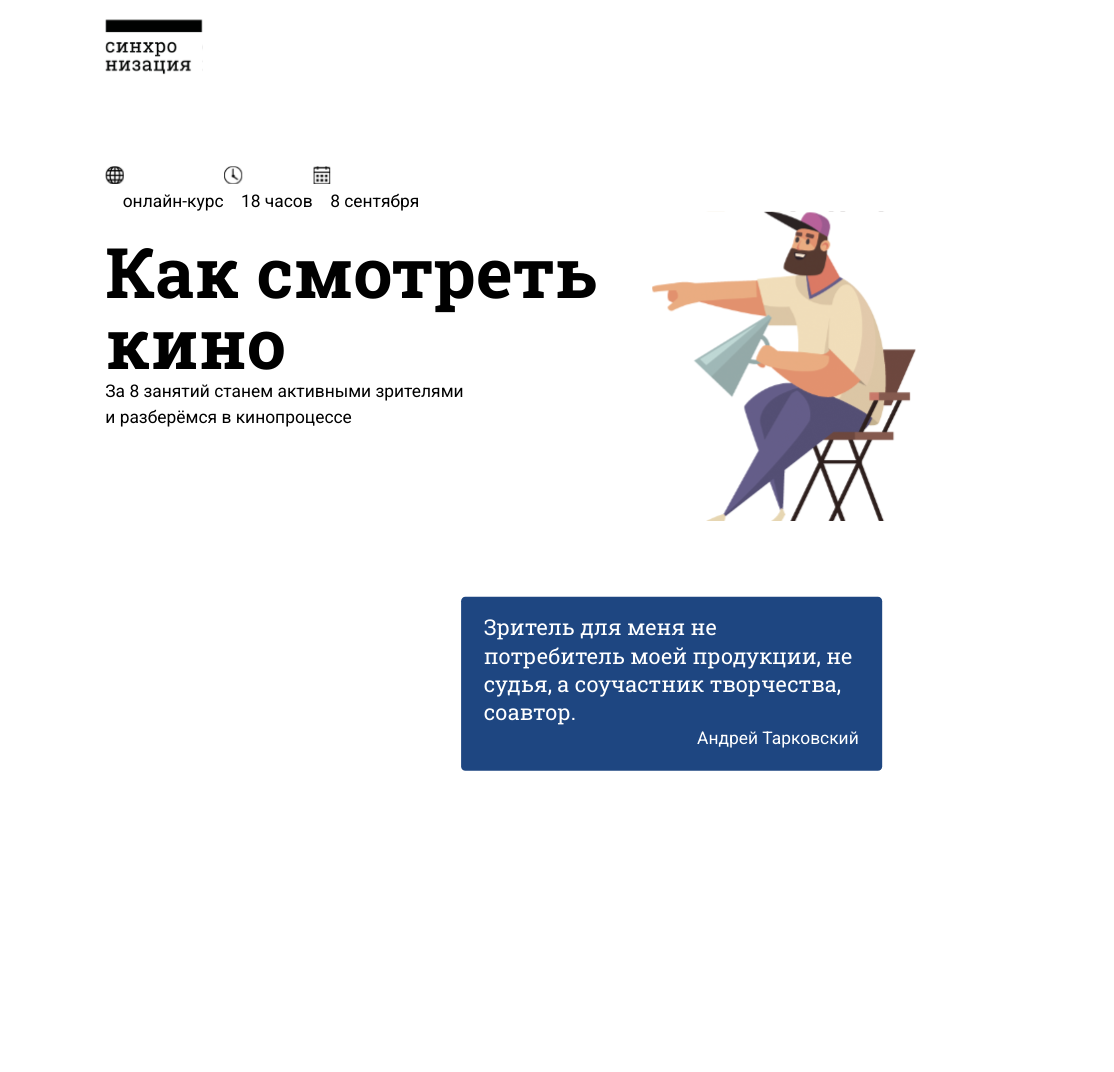
Repository: HeybetzadeQedim/task-2
Page: index.html
The author's editor kept a copy of each file at every save. The page is drawn from the files as they stood at one save, then again after a run of saves.
The browser window is 1280 px wide. The pictures show the whole page, at 87% of full size.

Above is the page before, as saved 2023-10-04 16:04:01.

### index.html
<!DOCTYPE html>
<html lang="en">
  <head>
    <meta charset="UTF-8" />
    <meta name="viewport" content="width=device-width, initial-scale=1.0" />
    <title>Document</title>
    <link rel="stylesheet" href="./index.css" />
  </head>
  <body>
    <div class="main-container">
      <img src="./ımages/logo_mobile_black 1.svg" />
      <ul class="image-container">
        <li>
            <img src="./ımages/globe.svg" />
            <p>онлайн-курс</p>
        </li>
      <li>
        <img src="./ımages/img_135744.svg" />
        <p>18 часов</p>
      </li>

        <li>
            <img src="./ımages/calendar_2.svg" />
            <p>8 сентября</p>
        </li>
      </ul>
      <div class="flex-container">
        <div class="text-container">
          <h1>Как смотреть кино</h1>
          <p>
            За 8 занятий станем активными зрителями и разберёмся в кинопроцессе
          </p>
        </div>

          <img src="./ımages/noroot 1.svg" />

      </div>
      <div class="box">
        <p>
          Зритель для меня не потребитель моей продукции, не судья, а соучастник
          творчества, соавтор.
        </p>
        <p>Андрей Тарковский</p>
      </div>
    </div>
  </body>
</html>

### index.css
@import url("https://fonts.googleapis.com/css2?family=Roboto&family=Roboto+Slab:wght@400;700&display=swap");
* {
  margin: 0;
  padding: 0;
  box-sizing: border-box;
}
.main-container {
  padding: 21px 246px 173px 121px;
}
.main-container img:first-child {
  width: 112px;
  height: 66px;
}
.main-container .image-container {
  display: flex;
  margin-top: 100px;
}
.image-container li{
  list-style-type: none;
  /* display: fle; */
}
.image-container img:first-child {
  width: 22px;
  height: 21px;
}
.image-container img:nth-child(2) {
  width: 22px;
  height: 22px;
}
.image-container img:last-child {
  width: 20px;
  height: 22px;
}
.image-container p {
  color: #000;
  margin-left: 20px;
  margin-top: 4px;
  font-family: Roboto;
  font-size: 20px;
  font-style: normal;
  font-weight: 400;
  line-height: 115%;
}
.flex-container {
  display: flex;
  justify-content: space-between;
}
h1 {
  width: 628px;
  margin-top: 29px;
  color: #000;
  font-family: Roboto Slab;
  font-size: 80px;
  font-style: normal;
  font-weight: 700;
  line-height: 101.385%;
}
.text-container p {
  width: 414px;
  color: #000;
  font-family: Roboto;
  font-size: 20px;
  font-style: normal;
  font-weight: 400;
  line-height: 150%;
}

.image-box img:first-child {
  width: 304px;
  height: 356px;
  /* margin-left: 140px; */
}
.box {
  width: 484px;
  height: 200px;
  margin: 87px 0 173px 409px;
  border-radius: 5px;
  background: #1e4681;
  padding: 19px 27px 68px 26px;
}
.box p:first-child {
  width: 431px;
  color: #fff;
  font-family: Roboto Slab;
  font-size: 25px;
  font-style: normal;
  font-weight: 400;
  line-height: 130%;
}
.box p:last-child {
  color: #fff;
  text-align: right;
  font-family: Roboto;
  font-size: 20px;
  font-style: normal;
  font-weight: 400;
  line-height: 130%;
}

/* tablet style */
@media screen and (max-width: 1024px) {
  .main-container {
    padding: 22px 0 70px 100px ;
  }
  .main-container img:first-child {
    width: 64.867px;
    height: 38.225px;
  }
  .image-container {
    margin-top: 56px;
  }
  .image-container img:first-child {
    width: 13px;
    height: 12px;
  }
  .image-container img:nth-child(2) {
    width: 13px;
    height: 13px;
  }
  .image-container img:last-child {
    width: 12px;
    height: 13px;
  }
  .image-container p {
    font-size: 12px;
  }
  h1 {
    font-size: 46px;
    width: 364px;
  }
  .text-container p {
    font-size: 12px;
  }
  .image-box img:first-child {
    width: 176px;
    height: 206px;
  }
  .box {
    width: 280px;
    height: 116px;
    border-radius: 3px;
    margin: 61px 0 100px 252px;
    padding: 11px 16px 4px 15px ;
  }
  .box p:first-child {
    width: 249px;
    font-size: 14px;
  }
  .box p:last-child {
    font-size: 12px;
    margin-top: 9px;
  }
}
/* mobile style */
@media screen and (max-width: 768px) {
  .main-container {
    padding: 36px 32px 75px 36px;
  }
  .main-container img:first-child {
    width: 52px;
    height: 31px;
  }
  .image-container {
    margin-top: 45px;
  }
  .image-container img:first-child {
    width: 10px;
    height: 10px;
  }
  .image-container img:nth-child(2) {
    width: 10px;
    height: 10px;
  }
  .image-container img:last-child {
    width: 9px;
    height: 10px;
  }
  .image-container p {
    font-size: 10px;
  }
  h1 {
    width: 293px;
    font-size: 37px;
  }
  .text-container p {
    font-size: 10px;
    width: 212px;
  }
  .image-box img:first-child {
    width: 142px;
    height: 166px;
  }
  .flex-container {
    flex-direction: column;
  }
  .box {
    width: 225px;
    height: 93px;
    margin: 48px 0 75px 38px;
  }
  .box p:first-child {
    width: 201px;
    font-size: 11px;
  }
  .box p:last-child {
    font-size: 10px;
  }
}

After the next 3 saves:
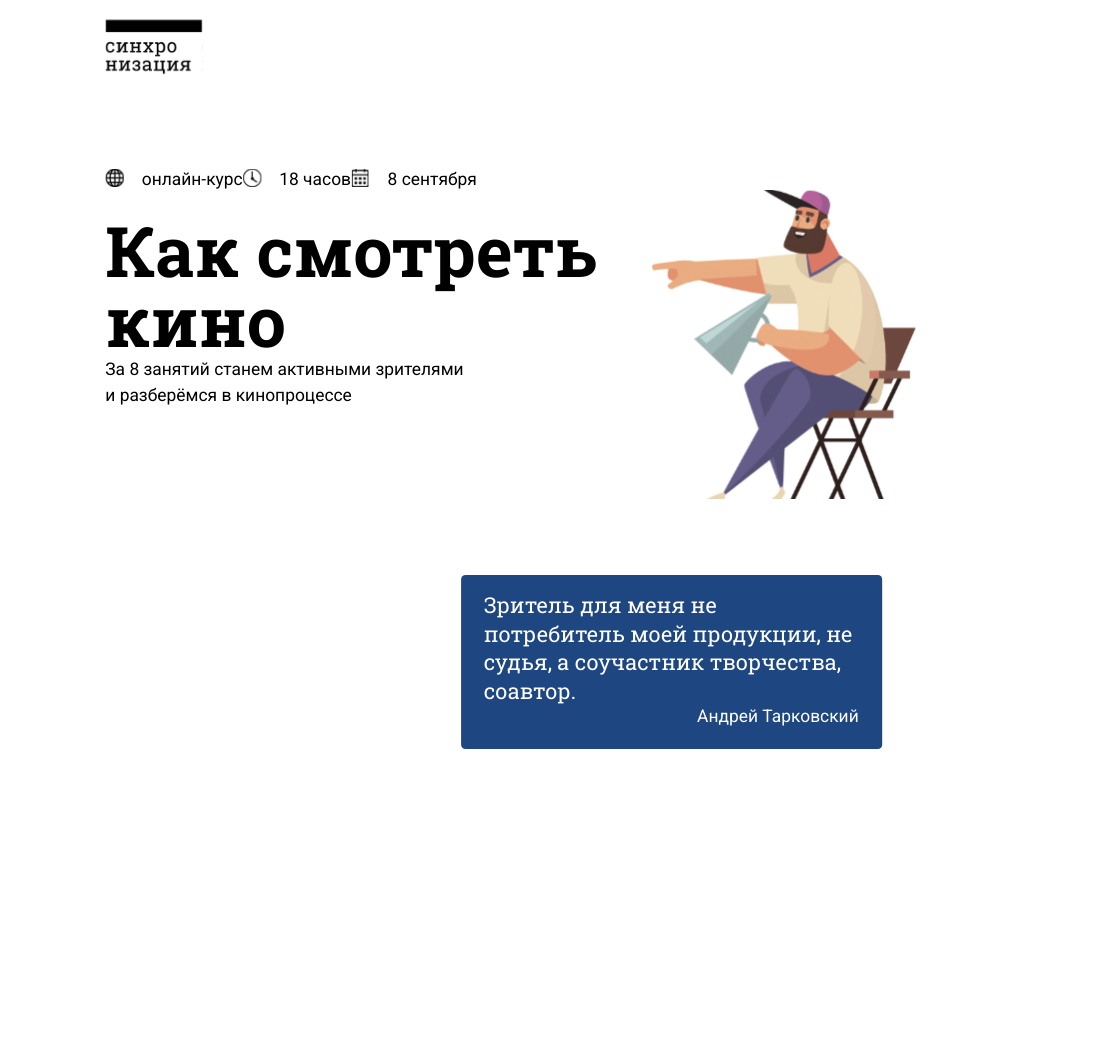
The 3 saves are shown as one change because they came seconds apart.
The last was saved 10 s later.
--- a/index.css
+++ b/index.css
@@ -17,7 +17,8 @@
 }
 .image-container li{
   list-style-type: none;
-  /* display: fle; */
+  display: flex;
+  align-items: center;
 }
 .image-container img:first-child {
   width: 22px;
